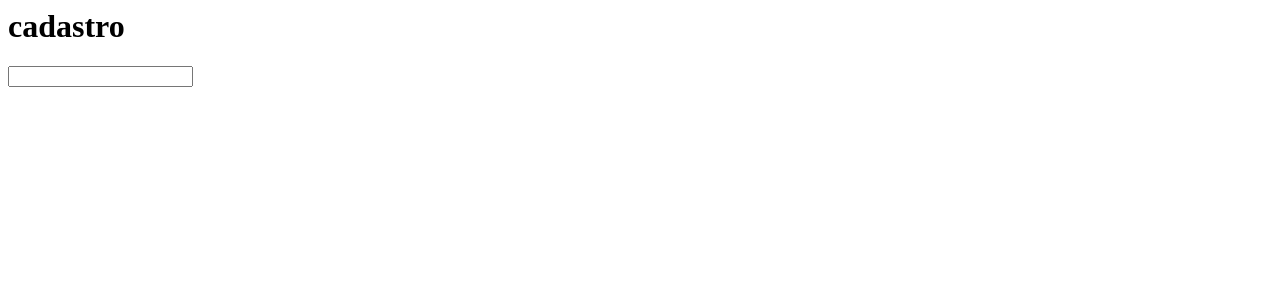
Repository: Danieloliver11/S.O.S-HUMANIDADE-BACK-END
Page: ACSocioambiental/eventoapp/src/main/resources/templates/index.html
These files come from the project's save history. The page is drawn as it stood at one moment and after the next save; the edit follows.
The browser window is 1280 px wide. The pictures show the whole page.

Above is the page before, as saved 2021-04-01 21:32:33.

After the next save:
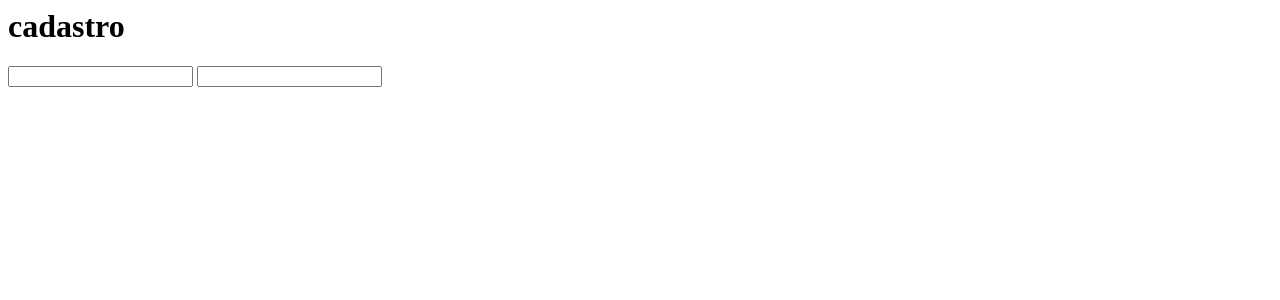
Saved 42 s later.
--- a/ACSocioambiental/eventoapp/src/main/resources/templates/index.html
+++ b/ACSocioambiental/eventoapp/src/main/resources/templates/index.html
@@ -4,6 +4,7 @@
 <h1>cadastro</h1>
 <form method="post">
 <input type ="text" value=""name="nome">
+<input type ="data">
 
 </body>
 
